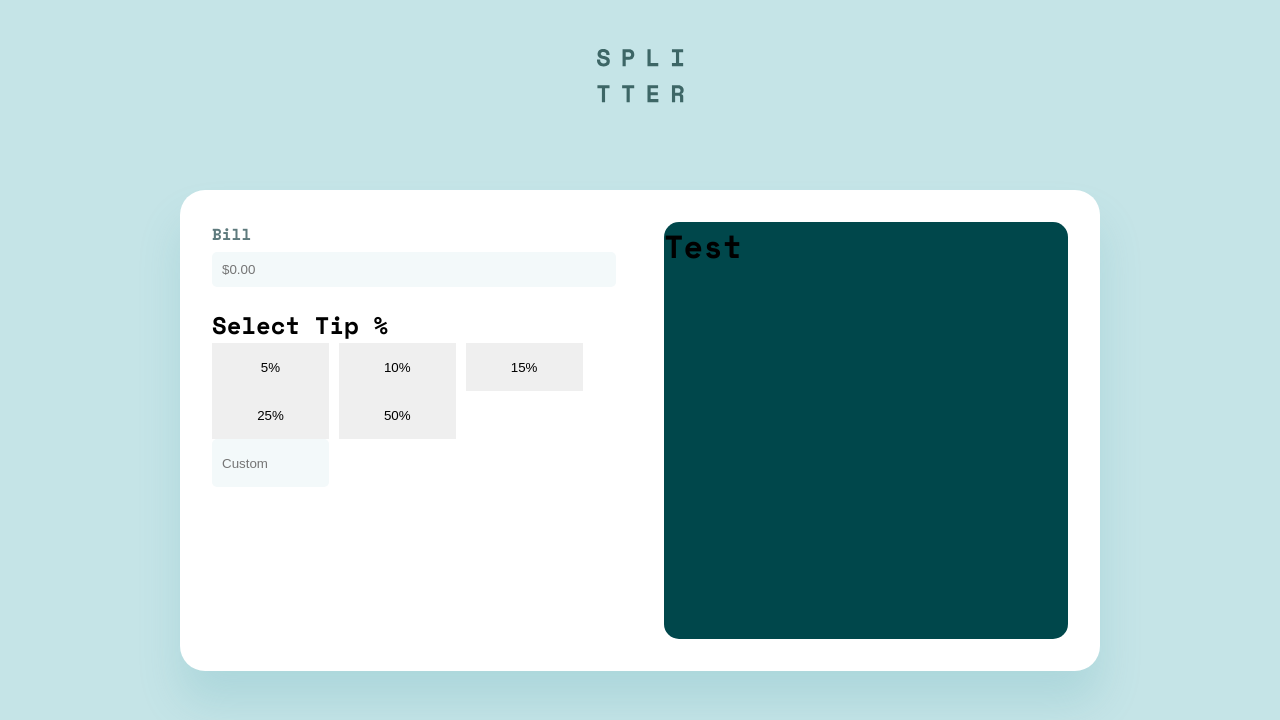
Repository: brandontaylor1/splitter
Page: index.html
The author's editor kept a copy of each file at every save. The page is drawn from the files as they stood at one save, then again after the next save.
The browser window is 1280 px wide. The pictures show the whole page.

Above is the page before, as saved 2025-02-06 16:40:12.

### index.html
<!DOCTYPE html>
<html lang="en">
<head>
    <meta charset="UTF-8">
    <meta name="viewport" content="width=device-width, initial-scale=1.0">
    <link rel="preconnect" href="https://fonts.googleapis.com">
    <link rel="preconnect" href="https://fonts.gstatic.com" crossorigin>
    <link href="https://fonts.googleapis.com/css2?family=Space+Mono:ital,wght@0,400;0,700;1,400;1,700&display=swap" rel="stylesheet">
    <link rel="stylesheet" href="styles.css">
    <title>Splitter | Tip Calculator</title>
</head>
<body>
    <img src="./assets/images/logo.svg" id="logo-image" alt="logo image">
    <main class="container">
        <div class="left-column">
            <div class="bill-input">
                <h2>Bill</h2>
                <input type="text" id="bill-input" placeholder="$0.00">
            </div>
            <div class="tip-input">
                <h2>Select Tip %</h2>
                    <div class="tip-buttons">
                        <button class="tip-button">5%</button>
                        <button class="tip-button">10%</button>
                        <button class="tip-button">15%</button>
                        <button class="tip-button">25%</button>
                        <button class="tip-button">50%</button>
                        <input type="text" id="custom-tip" placeholder="Custom">
                    </div>
                </div>
            </div>
        <div class="right-column">
            <h1>Test</h1>
        </div>
    </main>
</body>
</html>

### styles.css
* {
    box-sizing: border-box;
    margin: 0;
    padding: 0;
}

:root {
    --background-color: #C5E4E7;
    --input-text-color: #00474B;
    --primary-white: #fff;
    --calculated-numbers-color: #26C2AE;
    --input-title-color: #5E7A7D;
    --input-background-color: #F3F9FA;
    --input-icon-color: #9EBBBD;
    --title-text-color: #3D6666;
    --custom-input-color: #547878;
}

/* UTILITY CLASSES */
.space-mono-regular {
    font-family: "Space Mono", serif;
    font-weight: 400;
    font-style: normal;
  }

  .space-mono-bold {
    font-family: "Space Mono", serif;
    font-weight: 700;
    font-style: normal;
  }

  .space-mono-regular-italic {
    font-family: "Space Mono", serif;
    font-weight: 400;
    font-style: italic;
  }

  .space-mono-bold-italic {
    font-family: "Space Mono", serif;
    font-weight: 700;
    font-style: italic;
  }


body {
    background-color: #C5E4E7;
    height: 100vh;
    width: 100%;
    display: flex;
    flex-direction: column;
    justify-content: center;
    align-items: center;
    font-family: "Space Mono", monospace;
}

#logo-image {
    margin-bottom: 87px;
}

.container {
    background-color: var(--primary-white);
    width: 920px;
    height: 481px;
    border-radius: 25px;
    box-shadow: 0px 32px 43px 0px rgba(79, 166, 175, 0.20);
    display: grid;
    gap: 48px;
    grid-template-columns: 1fr 1fr;
    padding: 32px;
}

.left-column {
    grid-column: 1 / 2;
    width: 100%;
    height: 100%;
}

.right-column {
    grid-column: 2 / 3;
    width: 100%;
    height: 100%;
    border-radius: 15px;
    background-color: var(--input-text-color);
}

input {
    width: 100%;
    padding: 10px;
    display: flex;
    flex-direction: row;
    justify-content: space-between;
    background-color: var(--input-background-color);
    border: none;
    border-radius: 5px;
    margin-bottom: 20px;
}


.bill-input h2 {
    font-size: 16px;
    color: var(--input-title-color);
    margin-bottom: 6px;
}

.tip-button {
    width: 117px;
    height: 48px;
    flex-shrink: 0;
    border: none;

}

#custom-tip {
    width: 117px;
    height: 48px;

}

After the next save:
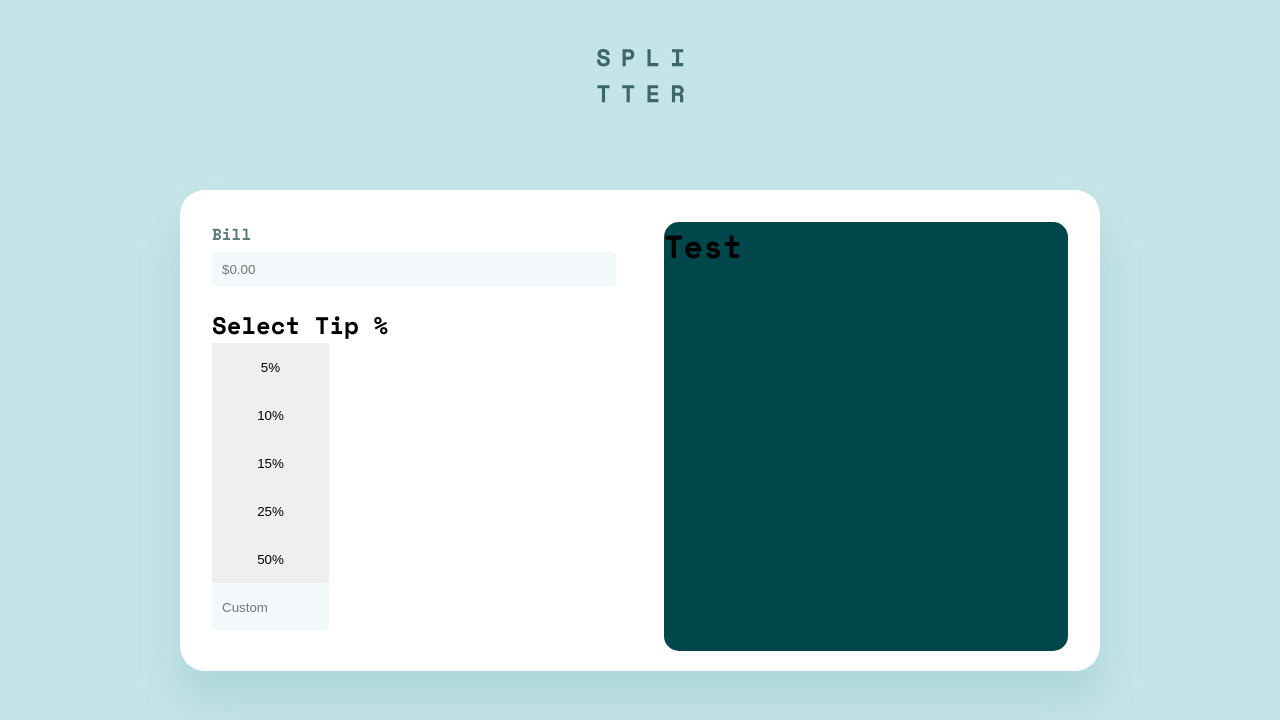
Saved 26 s later.
--- a/styles.css
+++ b/styles.css
@@ -102,6 +102,11 @@ input {
     margin-bottom: 6px;
 }
 
+.tip-buttons {
+    display: grid;
+
+}
+
 .tip-button {
     width: 117px;
     height: 48px;
